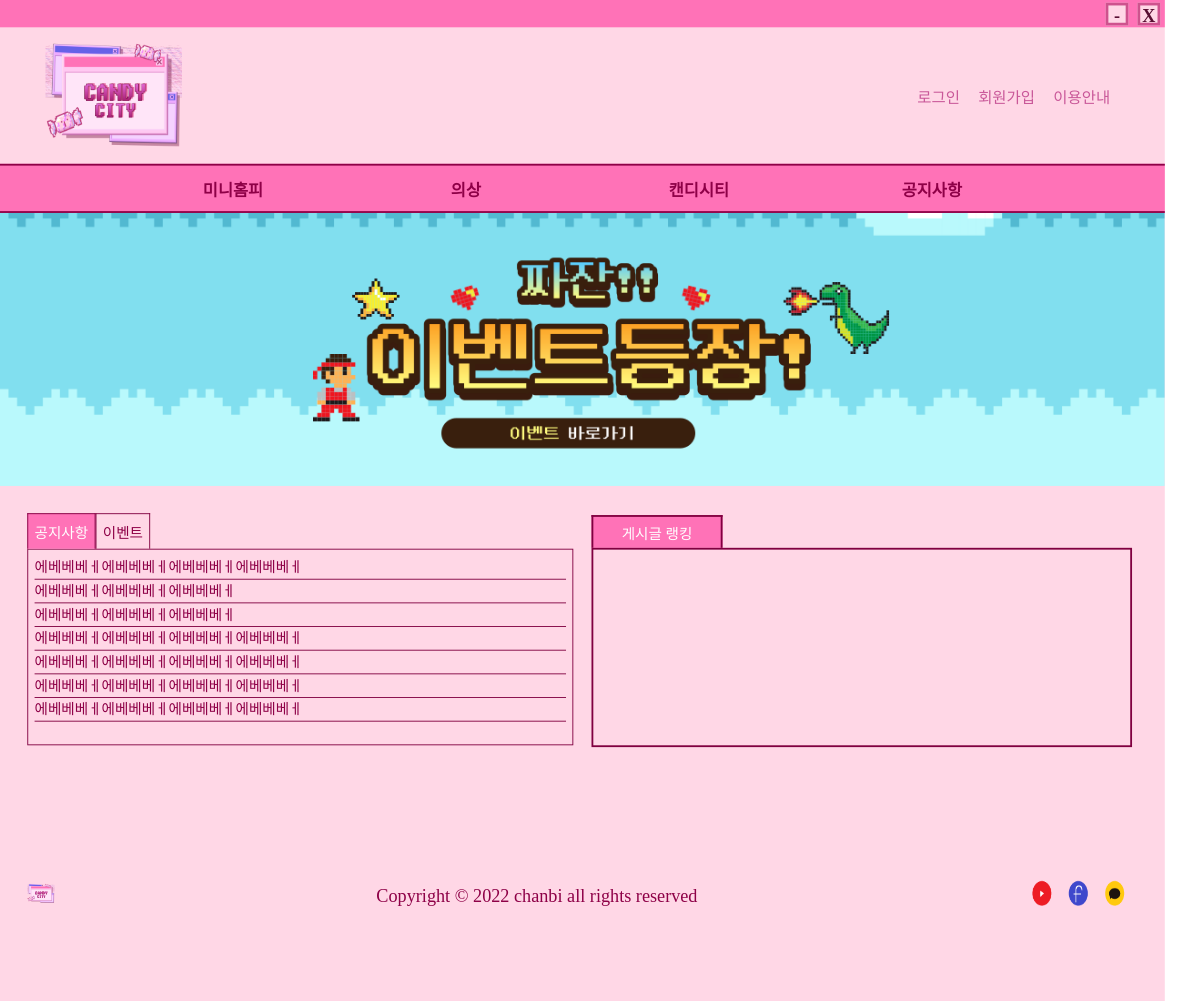
Repository: chanbiM/candyCityProject
Page: http://localhost/CandyCityProj/index.jsp
An editor plug-in stored every save of this project. The page is shown before and after the next save, followed by the edit.
The browser window is 1280 px wide. The page is 1310 px wide, so the pictures cover 1310 px, including what lies to the right of the window. The pictures show the whole page, at 91% of full size.
Some web fonts or font styles are not loaded; a fallback is used. The page is served by Tomcat 9. Other server files are loaded and not shown. Queries for data that is not in the repository find no rows.

Above is the page before, as saved 2022-11-18 12:07:51.

### CandyCityProj/WebContent/index.jsp
<%@page import="java.util.ArrayList"%>
<%@page import="dao.MemberDAO"%>
<%@ page language="java" contentType="text/html; charset=UTF-8"
	pageEncoding="UTF-8"%>
<%@ include file="header.jsp" %>
        <!-- 슬라이드 영역 -->
        <div id="slide">
            <ul>
                <li><a href="#"><img src="./images/slide1.png" alt="슬라이드1"></a></li>
                <li><a href="#"><img src="./images/slide2.png" alt="슬라이드2"></a></li>
            </ul>
        </div>
        <!-- 섹션영역 -->
        <section>

            <!-- 공지사항 / 갤러리 영역 -->
            <div id="content_container">
                <!-- 탭 요소들 -->
                <div class="tab">
                    <!-- 활성화돼있는 탭을 구분하기 위해 active 클래스 사용 -->
                    <!-- 기본적으로 활성화 돼있는 요소는 공지사항 -->
                    <div id="post_tab" class="active"><a href="#">공지사항</a></div>
                    <div id="event_tab"><a href="#">이벤트</a></div>
                </div>
                <!-- 내용 요소들 -->
                <div class="content">
                    <!-- 공지사항 -->
                    <div id="post">
                        <ul>
                            <!-- 첫번째 요소 클릭시 팝업 보이게 해야됨 -->
                            <li><a href="#">에베베베ㅔ에베베베ㅔ에베베베ㅔ에베베베ㅔ</a></li>
                            <li><a href="#">에베베베ㅔ에베베베ㅔ에베베베ㅔ</a></li>
                            <li><a href="#">에베베베ㅔ에베베베ㅔ에베베베ㅔ</a></li>
                            <li><a href="#">에베베베ㅔ에베베베ㅔ에베베베ㅔ에베베베ㅔ</a></li>
                            <li><a href="#">에베베베ㅔ에베베베ㅔ에베베베ㅔ에베베베ㅔ</a></li>
                            <li><a href="#">에베베베ㅔ에베베베ㅔ에베베베ㅔ에베베베ㅔ</a></li>
                            <li><a href="#">에베베베ㅔ에베베베ㅔ에베베베ㅔ에베베베ㅔ</a></li>
                        </ul>
                    </div>
                    <!-- 갤러리 -->
                    <div id="event">
                        <ul>
                            <li><a href="#">에베베베ㅔ에베베베ㅔ에베베베ㅔ에베베베ㅔ</a></li>
                            <li><a href="#">에베베베ㅔ에베베베ㅔ에베베베ㅔ</a></li>
                            <li><a href="#">에베베베ㅔ에베베베ㅔ에베베베ㅔ</a></li>
                            <li><a href="#">에베베베ㅔ에베베베ㅔ에베베베ㅔ에베베베ㅔ</a></li>
                            <li><a href="#">에베베베ㅔ에베베베ㅔ에베베베ㅔ에베베베ㅔ</a></li>
                            <li><a href="#">에베베베ㅔ에베베베ㅔ에베베베ㅔ에베베베ㅔ</a></li>
                            <li><a href="#">에베베베ㅔ에베베베ㅔ에베베베ㅔ에베베베ㅔ</a></li>
                        </ul>
                    </div>
                </div>
            </div>
            <div id="ranking">
           		 <h4>게시글 랭킹</h4>
                <ul>
                <%
                	MemberDAO dao = new MemberDAO();
               		ArrayList<MemberVO> list = dao.getRank();

               		int rank = 1;
            		for(MemberVO data : list) {
                %>
                		<li><a href="/GetHomepi?id=<%= data.getId() %>"><%= rank %>위: <%= data.getName() %>(<%= data.getPostNum() %>개)</a></li>
                		<% rank++; %>
                <%} %>
                </ul>
            </div>
        </section>
<%@ include file="footer.jsp" %>

### CandyCityProj/WebContent/header.jsp
<%@page import="vo.MemberVO"%>
<%@ page language="java" contentType="text/html; charset=UTF-8"
	pageEncoding="UTF-8"%>
<!DOCTYPE html>
<html>
<head>
<meta charset="UTF-8">
<title>Candy City</title>
<link rel="stylesheet" href="/css/mainStyle.css">
<script src="/js/jquery-3.1.1.min.js"></script>
</head>
<body>
	<div class="wrapper">
		<!-- 창 바 -->
		<div class="window">
			<button class="widow_btn" id="-_btn">-</button>
			<button class="widow_btn" id="x_btn">X</button>
		</div>

		<header>
			<!-- 로고 -->
			<div class="logo">
				<a href="/index.jsp"><img alt="로고" src="/images/logo.png"></a>
			</div>

			<!-- 기타 메뉴바 -->
			<div class="minimenu">

				<ul>
					<%
						MemberVO vo = (MemberVO) session.getAttribute("loginOK");
						if (vo == null) {
					%>
					<li><a href="/member/login.jsp">로그인</a></li>
					<li><a href="/member/insertMember.jsp">회원가입</a></li>
					<li><a href="#">이용안내</a></li>
					<%
						} else {
					%>
					<li><a href="#"><%=vo.getId()%>님</a></li>
					<li><a href="/logout"> 로그아웃 </a></li>
					<li><a href="/member/myPage.jsp">마이페이지</a></li>
					<li><a href="#">이용안내</a></li>

					<%
						}
					%>
				</ul>

			</div>
		</header>

		<!-- 메뉴바 -->
		<nav>
			<ul class="mainmenu">
				<li><a href="/getHomepiList">미니홈피</a>
					<ul class="submenu">
					<%
						if (vo == null) {
					%>
						<li><a href="/member/login.jsp">내 미니홈피</a></li>
						<li><a href="/getHomepiList">미니홈피 목록</a></li>
					<%
						} else {
					%>

						<li><a href="/GetHomepi?id=<%= vo.getId() %>">내 미니홈피</a></li>
						<li><a href="/getHomepiList">미니홈피 목록</a></li>
					<%
						}
					%>
					</ul></li>

				<li><a href="/character/shop.jsp">의상</a>
					<ul class="submenu">
						<li><a href="/character/character_setting.jsp">내 의상</a></li>
						<li><a href="/character/shop.jsp">의상 상점</a></li>
					</ul></li>

				<li><a href="#">캔디시티</a>
					<ul class="submenu">
					</ul></li>

				<li><a href="#">공지사항</a>
					<ul class="submenu">
						<li><a href="#">이벤트</a></li>
						<li><a href="#">공지사항</a></li>
						<li><a href="#">당첨자 발표</a></li>
					</ul></li>

				<%
					MemberVO adminVo = (MemberVO) session.getAttribute("manager");
					if (adminVo != null) {
				%>
				<li><a href="/member/memberList_admin.jsp">관리자용 메뉴</a>
					<ul class="submenu">
						<li><a href="#">유저 리스트</a></li>
						<li><a href="#">문의글 확인</a></li>
						<li><a href="#">신고글 확인</a></li>
						<li><a href="#">공지사항/이벤트 작성</a></li>
						<li><a href="#">우편 보내기</a></li>
					</ul></li>
			<%
				}
			%>
			</ul>

		</nav>

### CandyCityProj/WebContent/footer.jsp
<%@ page language="java" contentType="text/html; charset=UTF-8"
    pageEncoding="UTF-8"%>
        <!-- 푸터 영역 -->
        <footer>
            <!-- 하단로고 -->
            <div>
                <a href="/index.jsp" class="logo">
                    <img src="/images/logo.png" alt="로고" >
                </a>
            </div>
            <!-- 카피라이트 -->
            <div class="copyright">
                <p> Copyright &copy; 2022 chanbi all rights reserved</p>
            </div>
            <!-- SNS -->
            <div>
                <ul class="sns">
                    <li><a href="https://www.youtube.com/@rorochanbi"><img src="/images/youtube.png" alt="유튜브" height="40"></a></li>
                    <li><a href="#"><img src="/images/facebook.png" alt="페이스북" height="40"></a></li>
                    <li><a href="https://open.kakao.com/o/s1olGebe"><img src="/images/kakao.png" alt="카카오톡" height="40"></a></li>
                </ul>
            </div>
        </footer>
    </div>
	<script src="/js/script.js"></script>
</body>
</html>

### CandyCityProj/src/common/JdbcUtill.java
package common;

import java.sql.Connection;
import java.sql.DriverManager;
import java.sql.PreparedStatement;
import java.sql.ResultSet;

public class JdbcUtill {
	public static Connection getConnection() {
		Connection conn = null;

		try {
			Class.forName("oracle.jdbc.driver.OracleDriver");
			conn = DriverManager.getConnection("jdbc:oracle:thin:@localhost:1521:xe", "hr", "hr");
		} catch (Exception e) {
			System.out.println("DB 연결 실패");
			e.printStackTrace();
		}
		return conn;
	}

	public static void close(Connection conn, PreparedStatement pstmt) {
		if (pstmt!= null) {
			try {
				pstmt.close();
			} catch (Exception e) {
				// TODO: handle exception
				System.out.println("pstmt.close() 실패");
			}
		}

		if(conn != null) {
			try {
				conn.close();
			} catch (Exception e) {
				// TODO: handle exception
				System.out.println("conn.close() 실패");
				e.printStackTrace();
			}
		}
	}

	public static void close(Connection conn, PreparedStatement pstmt, ResultSet rs) {
		if(rs != null) {
			try {
				rs.close();
			} catch (Exception e) {
				// TODO: handle exception
				System.out.println("rs.close() ����");
				e.printStackTrace();
			}
		}
		close(conn, pstmt);
	}


}

### CandyCityProj/WebContent/css/mainStyle.css
@font-face {
    font-family: 'DungGeunMo';
    src: url('https://cdn.jsdelivr.net/gh/projectnoonnu/noonfonts_six@1.2/DungGeunMo.woff') format('woff');
    font-weight: normal;
    font-style: normal;
}
* {
    margin: 0;
    padding: 0;
    list-style: none;
    text-decoration: none;
    color: rgb(19, 0, 1);
    font-family: 'DungGeunMo';
    color: #8e0047;
    -ms-user-select: none;
   -moz-user-select: -moz-none;
   -khtml-user-select: none;
   -webkit-user-select: none;
   user-select: none;
}

.wrapper {
    width: 1280px;
    min-height: 1100px;
    margin: 0 auto;
    background-color: rgb(255, 215, 230);
}

.window {
    width: 100%;
    height: 30px;
    display: flex;
    justify-content: flex-end;
    background-color: #FF72B7;
    align-items: center;
}
.widow_btn {
    width: 25px;
    height: 25px;
    margin: 5px;
    color: #580e32;
    font-weight: bold;
    font-size: 20px;
    background-color: rgb(255, 215, 230);
    border: 3px solid #ce528e;
}

.widow_btn:hover {
    background-color: rgb(203, 164, 178);
    border: 3px solid #953c67;
    cursor: pointer;
    text-align: center;
}

.logo > a {
    display: flex;
}

.logo > a > img {
    width: 150px;
    height: 120px;
    margin: 50px;
    margin-top: 15px;
}

header {
    width: 100%;
    height: 150px;
    display: flex;
    justify-content: space-between;
}

.minimenu {
    width: 1000px;
    display: flex;
    font-size: 17px;
    align-items: center;
    margin-right: 50px;
    justify-content: flex-end;
}

.minimenu ul{
    display: flex;
}

.minimenu ul li {
    margin: 10px;
}

.minimenu ul li:hover {
    font-weight: bold;
}

/*.minimenu ul {
    width: 100%;
    display: flex;
    justify-content: space-evenly;
}*/

.minimenu ul li a{
	color: #c95899;
}

.mainmenu {
    /* 메뉴 요소 4개 가로정렬 */
    width: 1280px;
    display: flex;

    /* 중앙정렬 */
    text-align: center;
    align-items: center;
    justify-content: center;

    background-color: #FF72B7;
    border-top: 2px #8e0047 solid;
    border-bottom: 2px #8e0047 solid;
    position:relative;

}

.mainmenu li {
    width: 20%;
    height: 50px;
}

.mainmenu a {
    display: flex;
    justify-content: center;
    align-items: center;
    width: 100%;
    height: 100%;
    font-size: 18px;
    font-weight: 600;

    /* 하이라이팅 줄때 애니메이션을 줄 시간과 속성들 */
    transition: background-color 1s, color 1s;
}
/* :hover -> 마우스를 위에 올려 놓을때 적용할 스타일*/
.mainmenu a:hover {
    background-color: #aa4a78;
    color: white;
}


.mainmenu .submenu {
    /* 부모의 면적 + 다른 요소에 영향을 주지 않음 -> 다른 요소에 독립적*/
    position: absolute;
    /* 맨 앞으로 가져오기*/
    z-index: 100;
	width: 20%;

    background-color: #FF72B7;
    color: white;

    /* 기본적으로는 가려짐. 나중에 js로 호버될때 해제되도록 해줄 것 */
    display: none;
}

.submenu li {
    width: 100%;
}
.submenu a:hover {
    background-color: rgb(254, 207, 228);
    color: rgb(70, 19, 30);
}

#slide {
    width: 100%;
    height: 300px;
    position: relative;
    overflow: hidden;
}
#slide>ul>li>a>img {
    position: absolute;
    width: 100%;
    top: 0;
    left: -100%;
    opacity: 0;
}

#slide >ul>li>a>img:first-child {
    left: 0;
    opacity: 1;
}

#slide ul {
    /* 다른 요소에 관여받지 않고 #slide 기준으로 움직이도록*/
    position: absolute;
    top: 0;
    left: 0;

    width: 100%;


}

/* 섹션 */

section {
    display: flex;
    height: 350px;
    overflow: hidden;
    margin: 20px;
}

section > div {
    flex: 1;
    max-width: 50%;

    padding: 10px;
}

/* 컨텐츠 탭 */
.tab {
    display: flex;
}

/* 활성화 된 탭 추가 효과 */
.tab .active {
    background-color: #FF72B7;
}
.tab .active a{
    color: white;
}


.tab div {
    padding: 7px;
    border: 1px solid #800040;
    /* content, tab이 보더가 곂치므로 한쪽 없애주기 */
    border-bottom: none;
}

#content_container .content {
    padding: 7px;
    border: 1px solid #800040;

    /* 일정 크기 이상으로 글자가 나오는걸 방지 */
    max-width: 600px;
    height: 200px;
}

/* 각 요소들의 글자가 넘쳐날 경우 .... 처리*/
#post li {
    overflow: hidden;
    text-overflow:ellipsis;
    white-space: nowrap;
    line-height: 25px;


    border-bottom: 1px solid #800040;
}

/* 갤러리 */
/* 기본적으로 활성화 된게 공지사항이므로 갤러리 컨텐츠는 가리기 */
#event {
    display: none;
}

#event li{
    overflow: hidden;
    text-overflow:ellipsis;
    white-space: nowrap;
    line-height: 25px;


    border-bottom: 1px solid #800040;
}

#ranking {
	margin-top: 2px;
}
#ranking ul, #ranking li{
    width: 95%;
}

#ranking ul {
	border: 2px solid #800040;

	padding: 10px;
	height: 195px;


}
#ranking li {
    /* 버튼별 간격 */
    margin-bottom: 15px;
    width: 96%;


    /* 버튼 내부 간격 */
    padding: 7px;
    text-align: center;
    background-color: #e366b1;
    text-align: left;
    color: #8e0047;
}

#ranking h4 {
	background-color: #FF72B7;
	color: white;

	font-weight: normal;
	border: 2px solid #800040;
	width: 130px;
	padding: 5px;
	overflow: hidden;
	text-align: center;
	border-bottom: none;
}
#ranking a {
    color: white;
    margin-left: 5px;
}

/* 푸터 */

footer {
    /* 가로 정렬 */
    display: flex;

    /* 3가지 요소들 가로 간격 */
    justify-content: space-between;
    /* 세로 중앙 정렬*/
    align-items: center;

    width: 100%;
    height: 100px;
    margin: 30px;
}

.sns {
    display: flex;
    margin-right: 70px;
}

/* sns 아이콘별 간격 */
.sns li {
    margin-left: 10px;
}

footer img {
    width: 30px;
}

/* 팝업의 배경 */
#popup_back {
    /* 기본적으로 가려짐 */
    display: none;

    /* 사이트 내용의 면적을 무시하고 배치*/
    position: absolute;
    top: 0;
    left: 0;

    /* 창 전체 가로 세로 채우기*/
    width: 100%;
    height: 100%;

    /* 검정색 배경(0,0,0,)에서 0.8로 투명도 설정*/
    background: rgba(0,0,0,0.3);
}

/* 팝업 본체 */
#popup{
    position: relative;

    /* 팝업 창의 가로 세로*/
    width:400px;
    height:200px;

    /* 배경 면적의 top 50%, left 50% 위치로 이동 */
    top:50%;
    left:50%;
    /* 중앙 배치를 위해 팝업의 가로 세로의 절반 크기 만큼 옮기기*/
    margin-top: -100px;
    margin-left:-200px;

    background:#fff;
    padding: 20px;
}
/* 팝업 버튼 */
#popup_close {
    position: absolute;
    padding: 5px;

    /* 팝업의 아래쪽부터 20px, 오른쪽으로부터 20px */
    right: 20px;
    bottom: 20px;
}

.copyright {
	font-size: 20px;
}

.info {
	width: 100%;
	margin-left: 20px;
	height: 700px;
}

.infoText {
	width: 300px;
	height: 30px;
	font-size: 23px;
	border: 0px;
	background-color: #ffeaf3;
	text-align: center;
}

.info th {
	width: 250px;
	margin: 5px;
	font-size: 30px;
}

.info td {
	width: 300px;
	margin: 10px;
	font-size: 25px;
	text-align: center;
}

input[type="submit"] {
	border: 0px;
	background-color: rgb(255, 215, 230);
	font-size: 25px;

}

input:focus {outline: none;}

hr {
	margin: 30px;
	width: 90%;
	margin: auto;

	height : 1px;
    border: 0;
	background-color : #811b4e;

}

h2 {
	margin: 30px;
}

Loaded but not shown: CandyCityProj/WebContent/js/jquery-3.1.1.min.js (library); CandyCityProj/WebContent/js/script.js (84 lines, source omitted); CandyCityProj/src/dao/MemberDAO.java (382 lines, source omitted)

After the next save:
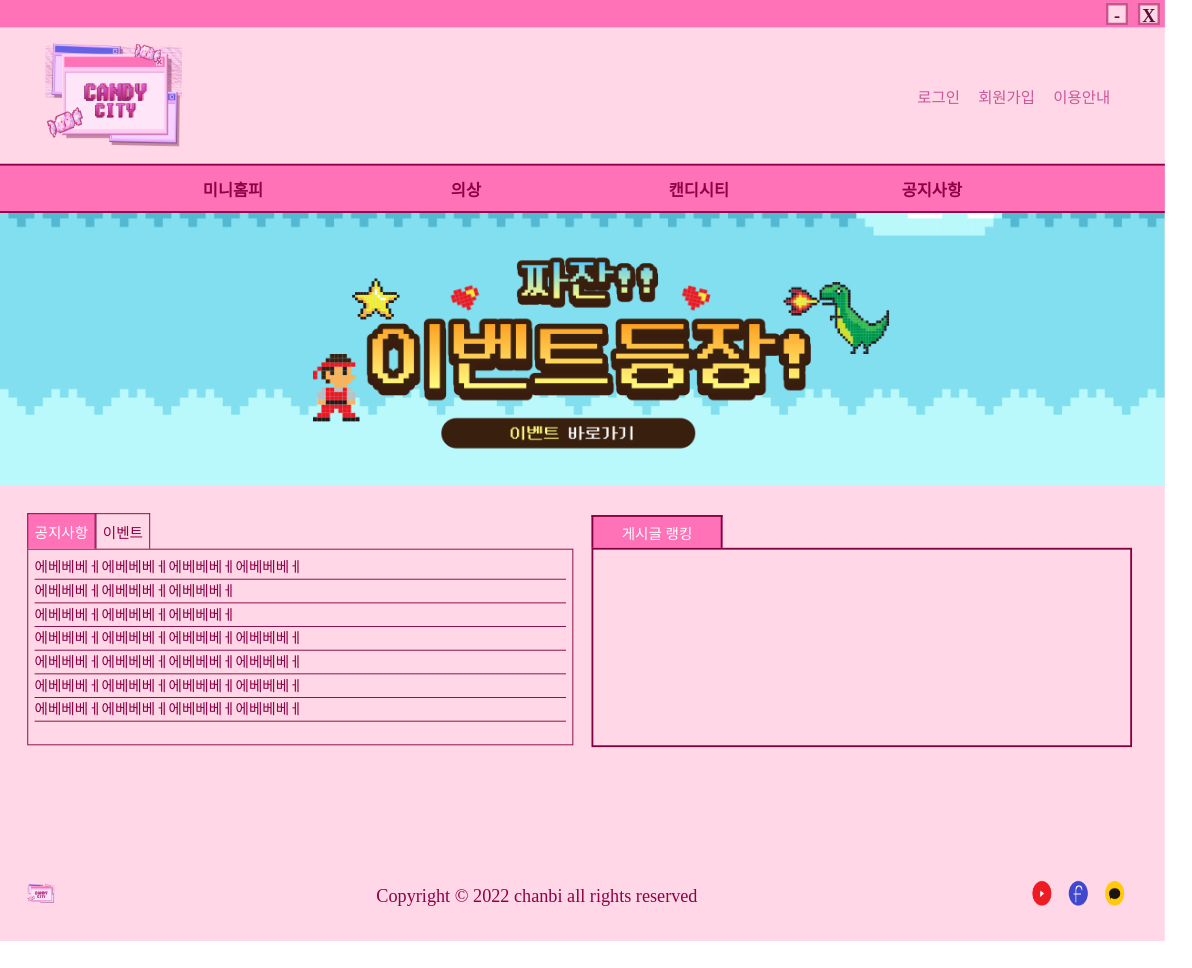
Saved 72 s later.
--- a/CandyCityProj/WebContent/css/mainStyle.css
+++ b/CandyCityProj/WebContent/css/mainStyle.css
@@ -21,7 +21,7 @@
 
 .wrapper {
     width: 1280px;
-    min-height: 1100px;
+    min-height: 1000px;
     margin: 0 auto;
     background-color: rgb(255, 215, 230);
 }

After the save that followed:
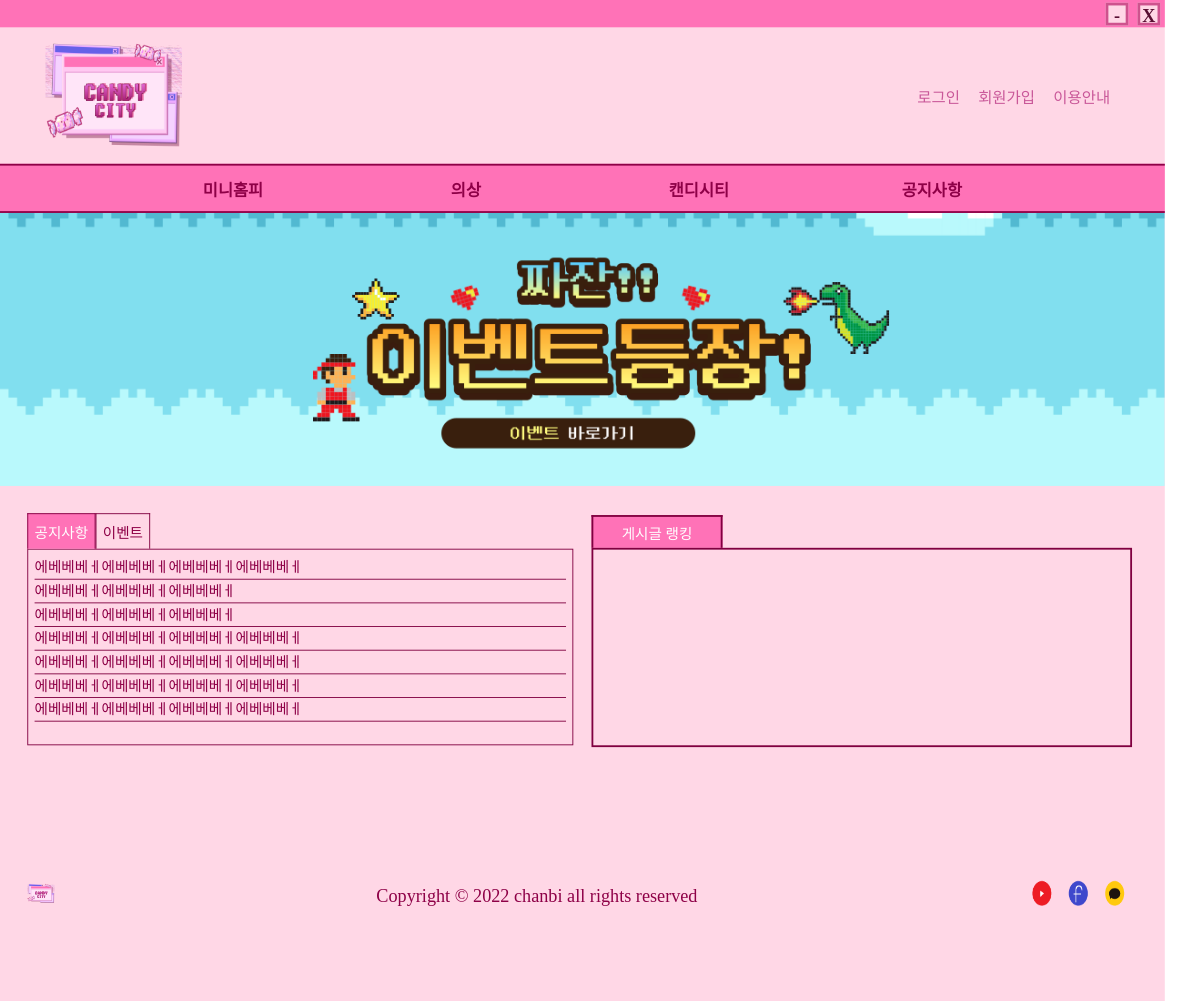
Saved 5 s later.
--- a/CandyCityProj/WebContent/css/mainStyle.css
+++ b/CandyCityProj/WebContent/css/mainStyle.css
@@ -21,7 +21,7 @@
 
 .wrapper {
     width: 1280px;
-    min-height: 1000px;
+    min-height: 1100px;
     margin: 0 auto;
     background-color: rgb(255, 215, 230);
 }
